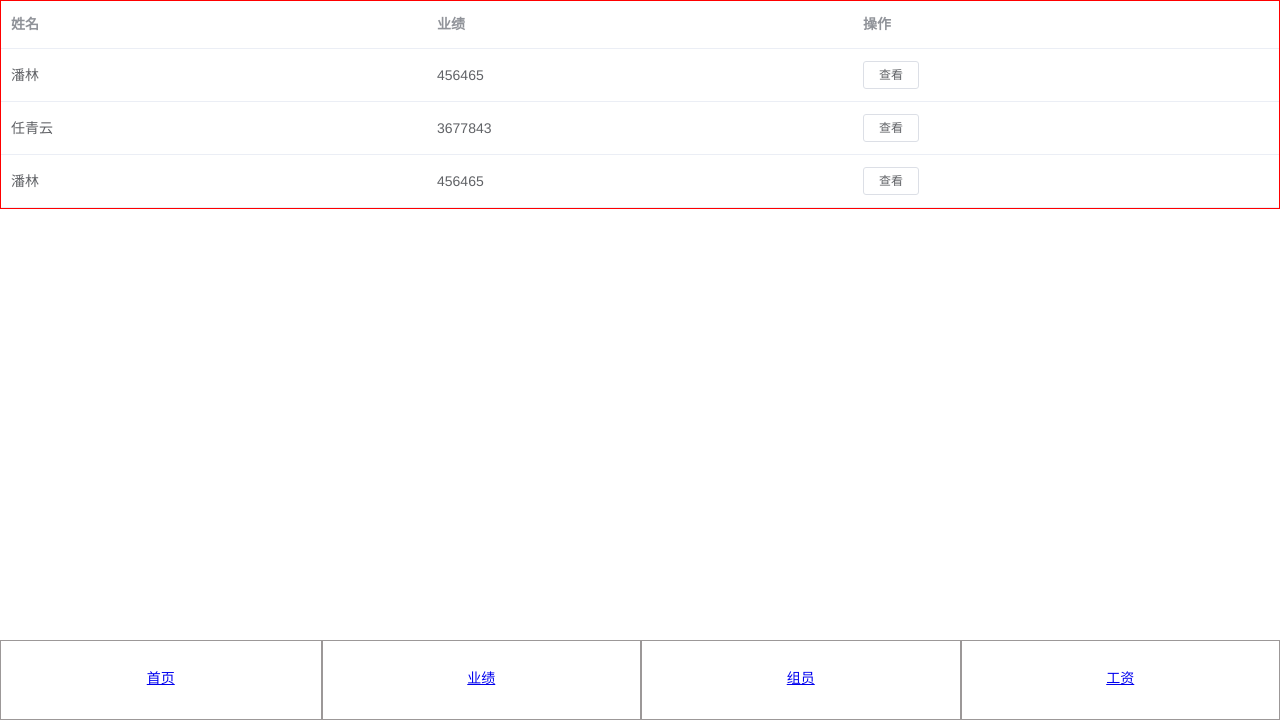
Repository: panlin520-team/lnmj-staffH5
Page: /#/performance
An editor plug-in stored every save of this project. The page is shown before and after the next save, followed by the edit.
The browser window is 1280 px wide. The pictures show the whole page.
An inner scrolling area shows only its first screen. The project was rebuilt for these pictures with package versions that can differ from the ones it lists, and the page was loaded fresh each time. Also part of the build but not shown: src/views/Lojin.vue.

Above is the page before, as saved 2020-04-08 15:42:44.

After the next save:
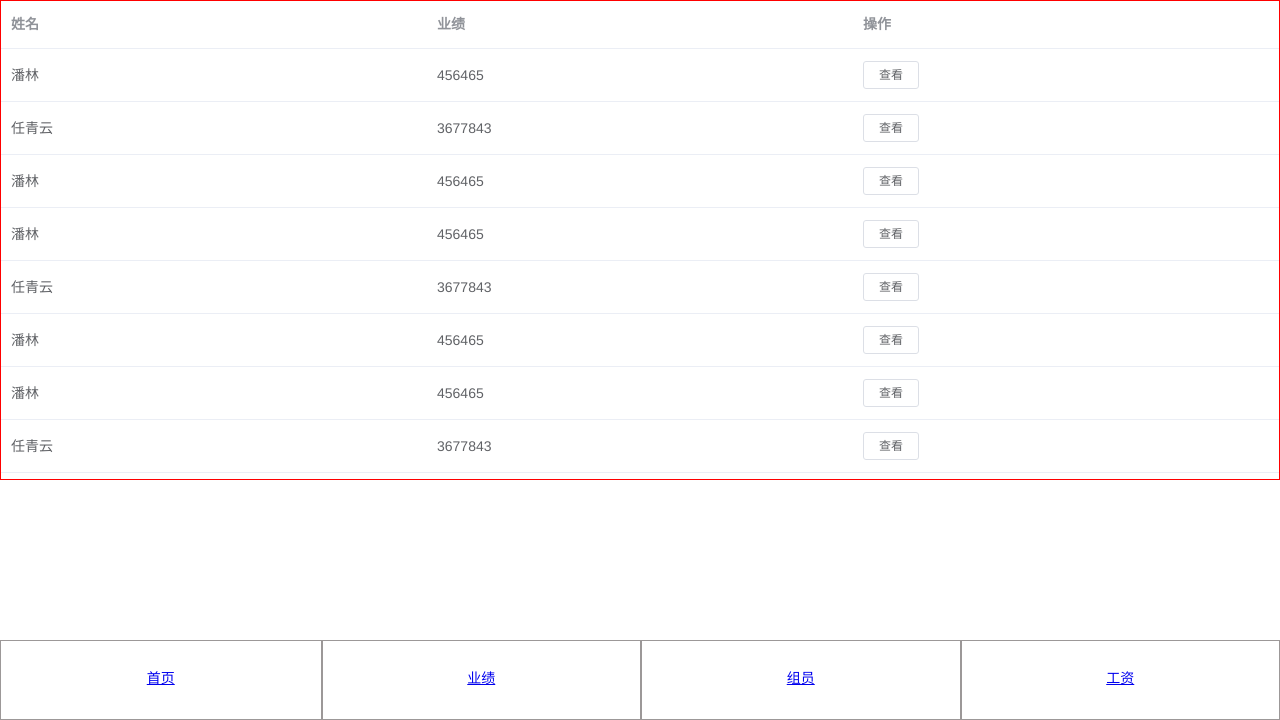
Saved 4 s later.
--- a/src/views/Performance.vue
+++ b/src/views/Performance.vue
@@ -53,6 +53,42 @@ export default {
           createOperator: "潘林",
           outStorageNumber: "456465"
         },
+         {
+          createOperator: "潘林",
+          outStorageNumber: "456465"
+        },
+        {
+          createOperator: "任青云",
+          outStorageNumber: "3677843"
+        },
+        {
+          createOperator: "潘林",
+          outStorageNumber: "456465"
+        },
+         {
+          createOperator: "潘林",
+          outStorageNumber: "456465"
+        },
+        {
+          createOperator: "任青云",
+          outStorageNumber: "3677843"
+        },
+        {
+          createOperator: "潘林",
+          outStorageNumber: "456465"
+        },
+         {
+          createOperator: "潘林",
+          outStorageNumber: "456465"
+        },
+        {
+          createOperator: "任青云",
+          outStorageNumber: "3677843"
+        },
+        {
+          createOperator: "潘林",
+          outStorageNumber: "456465"
+        },
       ]
     };
   },
